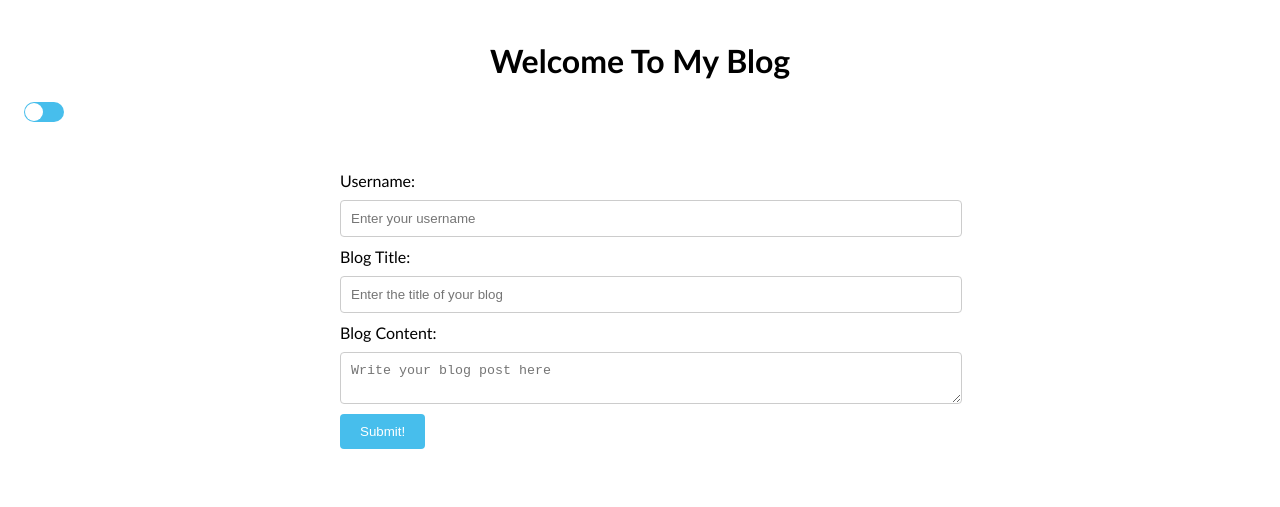
Repository: PaigeC001/WeatherOutlookTracker
Page: Challenge-4/index.html
An editor plug-in stored every save of this project. The page is shown before and after the next save, followed by the edit.
The browser window is 1280 px wide. The pictures show the whole page.

Above is the page before, as saved 2024-06-25 22:38:47.

After the next save:
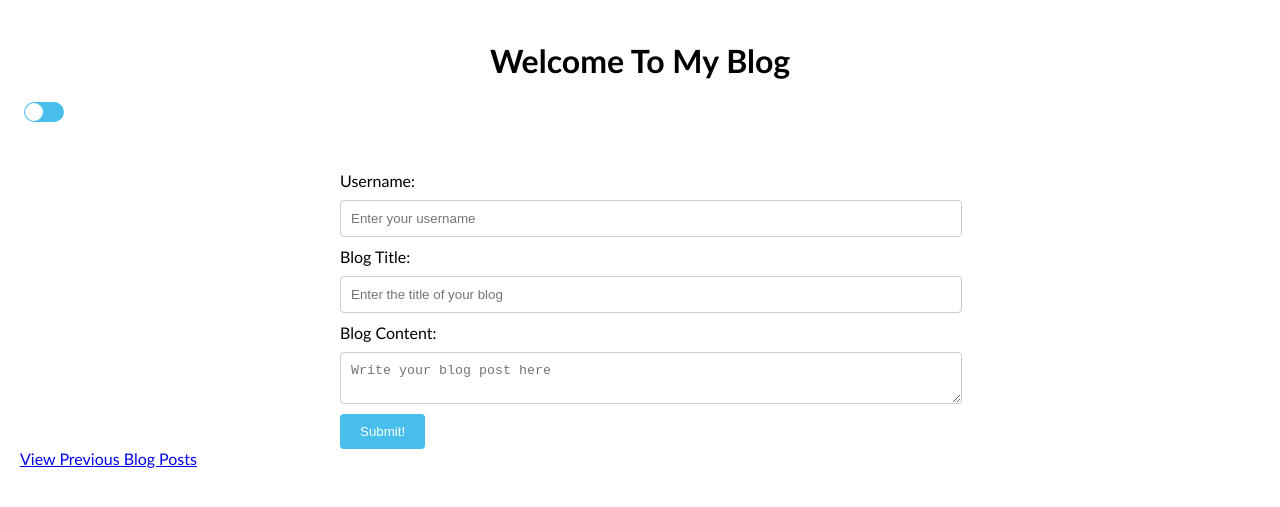
Saved 67 s later.
--- a/Challenge-4/index.html
+++ b/Challenge-4/index.html
@@ -22,7 +22,7 @@
 
     <button type="submit">Submit!</button>
   </form>
-
+<a href="blog.html">View Previous Blog Posts</a>
   <script src="script.js"></script>
 </body>
 </html>
